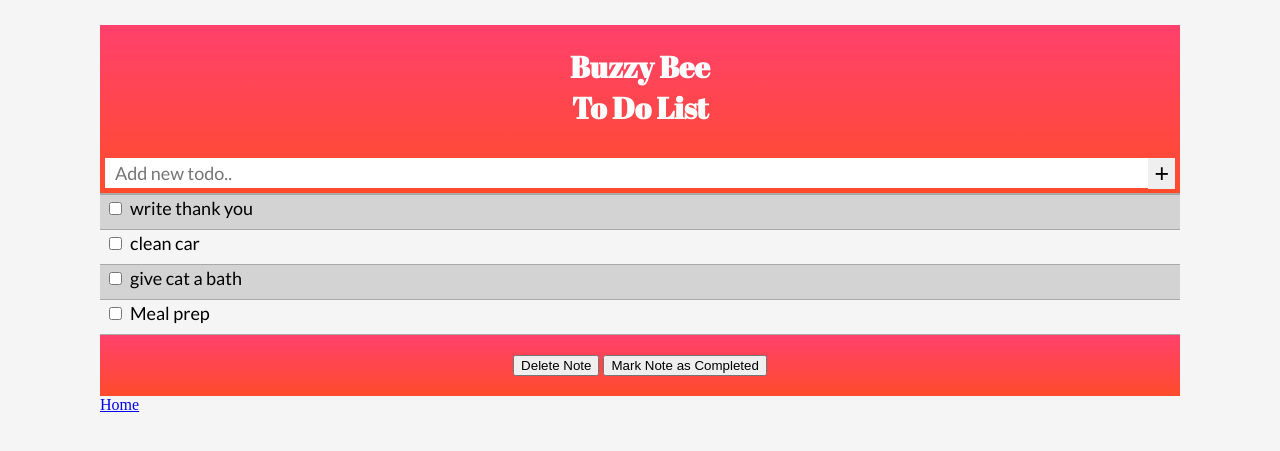
Repository: seleniadelgado/backend-spring2020-angie
Page: projects/todo/public_html/index.html
An editor plug-in stored every save of this project. The page is shown before and after the next save, followed by the edit.
The browser window is 1280 px wide. The pictures show the whole page.
The page's requests for data from a server got no answer.

Above is the page before, as saved 2020-05-13 16:39:55.

### projects/todo/public_html/index.html
<!DOCTYPE html>

<html lang="en">
    <head>
        <meta charset="utf-8">
        <title>Buzzy Bee - To Do List</title>
        <meta name="description" content="The HTML5 Herald">
        <meta name="author" content="SitePoint">
        <link rel="stylesheet" href="styles.css">
        <link href="https://fonts.googleapis.com/css2?family=Abril+Fatface&family=Lato&display=swap" rel="stylesheet">
        <script
            src="https://code.jquery.com/jquery-3.5.0.min.js"
            integrity="sha256-xNzN2a4ltkB44Mc/Jz3pT4iU1cmeR0FkXs4pru/JxaQ="
            crossorigin="anonymous">
        </script>
</head>
<body>
    <main>
    <div class="sectionTitle">
        <div class="appTitle">
            <h2>Buzzy Bee <br> To Do List</h2>
        </div>
        <div id="addNote">
            <input type="text" id="newNote" placeholder="Add new todo..">
            <button id="addBtn" type="button">+</button>
        </div>
    </div>
    <div class="todoList">
        <ul id="myList">
            <li><label class="container"><input type="checkbox"><span class="checkmark">write thank you</span></label></li>
            <li><label class="container"><input type="checkbox"><span class="checkmark">clean car</span></label></li>
            <li><label class="container"><input type="checkbox"><span class="checkmark">give cat a bath</span></label></li>
            <li><label class="container"><input type="checkbox"><span class="checkmark">Meal prep</span></label></li>
        </ul>
    </div>
    <div class="buttonsArea">
        <button type="button">Delete Note</button>
        <button type="button">Mark Note as Completed</button>
    </div>

</main>




















    <a href="http://localhost:3000/">Home</a>



    <script>
        $(document).ready(() => {
            let objectToSend = {
                note: "Do somethings",
                author: "Nick"
            }

            $.post("http://localhost:3000/newNote", objectToSend, (dataToGet) => {
                console.log(dataToGet);
            });
            $.post("http://localhost:3000/readNotes", {}, (dataToGet) => {
                let allNotesArray = dataToGet.notes;

                console.log(allNotesArray);
            })
        })

        //import the data from default user
        // make JSON into JS with parse.
        //with the list we want to populate our ul.
        //use jquery to access the dom, grab the string
        //loop over notes
        //add the note as an li to the ul
        //  Create li with jquery.
        //  target the ul with jquery and append the li.
        //note: $('<li></li>'')
        //      $('ul') -> a jquery list which holds the ul.
        //      get 1st element from the array

    </script>
</body>
</html>

### projects/todo/public_html/styles.css
:root {
    --main-color: linear-gradient(#FF416C, #FF4B2B);
    --background-color: whitesmoke;
    --title-font: 'Abril Fatface', cursive, sans-serif;
    --list-font: 'Lato', sans-serif;
    --font-size-title: 20px;
    --font-size-list-item: 18px;
}

html {
    background: var(--background-color);
    height: 100%;
}
* {
    box-sizing: border-box;
}
body {
    margin: 0px 100px 75px 100px;
    background-color: var(--main-color);
}

.sectionTitle {
    background: var(--main-color);
    text-align: center;
    border-bottom: 2px solid darkgray;
    margin-top: 0%;
    font-family: var(--title-font);
    font-size: var(--font-size-title);
}

.appTitle h2 {
    color: white;
    padding-top: 2%;

}
#addNote {
    display: flex;
    align-items: flex-start;
    padding: 5px;
    height: 30px;
    width: 100%;
    margin-bottom: 10px;
    font-family: 'Gill Sans', 'Gill Sans MT', Calibri, 'Trebuchet MS', sans-serif;

}
#addBtn {
    margin-left: 0%;
    font-size: 25px;
    color: none;
    border: none;
    background: light-grey;
}
#newNote {
    border: none;
    width: 100%;
    height: 150%;
    font-size: 24px;
    font-family: var(--list-font);
    font-size: var(--font-size-list-item);
    padding-left: 10px;
}

#myList li:nth-child(odd) {
    background: lightgray;
  }
#myList {
    list-style: none;
    padding: 0px;
    margin-top: 0px;
    margin-bottom: 0px;
    background-color: var(--main-color);
}

#myList li {
    cursor: pointer;
    height: 35px;
    border-bottom: 1px solid darkgray;
    background-color: whitesmoke;
    padding-left: 5px;
    font-family: var(--list-font);
    font-size: var(--font-size-list-item);
    margin: auto;
    padding-top: 2px;
}
.container input {
    border: none;
    cursor: pointer;
    user-select: none;
}
.checkmark {
    padding-left: 5px;
    position: absolute;
}
checkbox {
    color: red;
}
.buttonsArea {
    background: var(--main-color);
    text-align: center;
    padding: 20px;
}

After the next save:
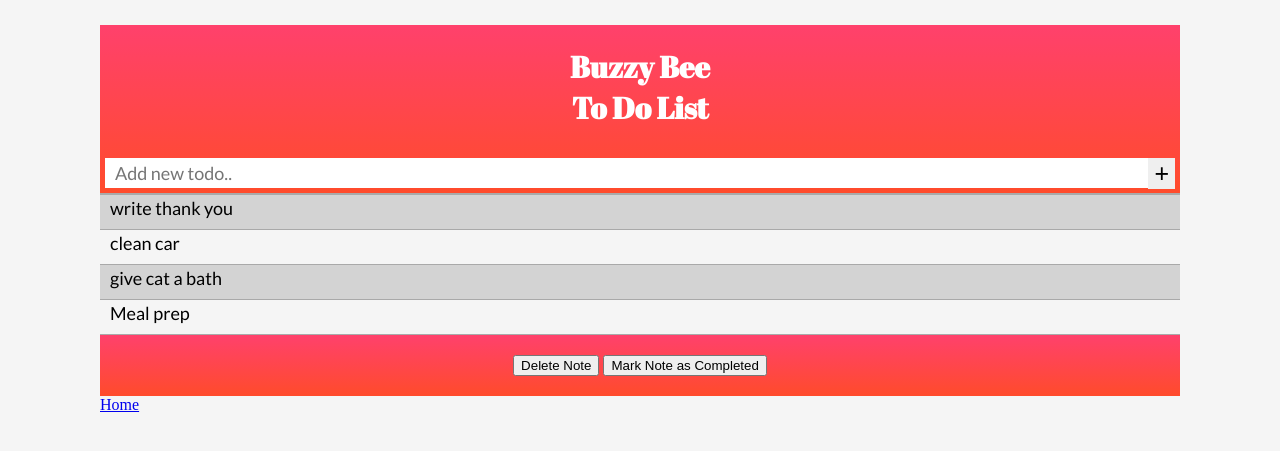
Saved 23 s later.
--- a/projects/todo/public_html/styles.css
+++ b/projects/todo/public_html/styles.css
@@ -83,7 +83,11 @@ body {
     padding-top: 2px;
 }
 .container input {
-    border: none;
+    position: absolute;
+  opacity: 0;
+  cursor: pointer;
+  height: 0;
+  width: 0;
     cursor: pointer;
     user-select: none;
 }
